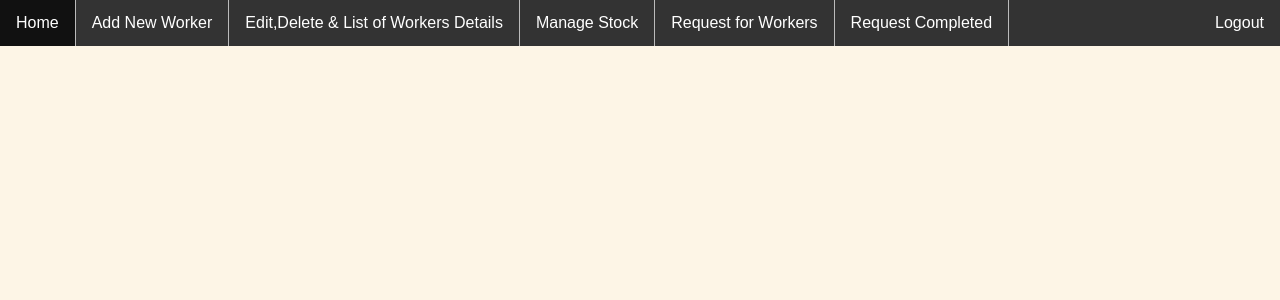
Repository: GopikaGnath/jsp
Page: job seekers/WebContent/header.html
The author's editor kept a copy of each file at every save. The page is drawn from the files as they stood at one save, then again after the next save.
The browser window is 1280 px wide. The pictures show the whole page.

Above is the page before, as saved 2023-07-17 10:53:03.

### job seekers/WebContent/header.html
<!DOCTYPE html>
<html>
<head>
 <link rel="stylesheet" href="style.css" type="text/css" media="screen">
<style>

ul {
  list-style-type: none;
  margin: 0;
  padding: 0;
  overflow: hidden;
  background-color: #333;
}

li {
  float: left;
  border-right:1px solid #bbb;
}

li:last-child {
  border-right: none;
}

li a {
  display: block;
  color: white;
  text-align: center;
  padding: 14px 16px;
  text-decoration: none;
}

li a:hover:not(.active) {
  background-color: #111;
}

.active {
  background-color: #4CAF50;
}
</style>
</head>
<body>

<ul>
  <li><a href="home.jsp">Home</a></li>
  <li><a href="addNewWorker.jsp">Add New Worker</a></li>
  <li><a href="editDeleteList.jsp">Edit,Delete & List of Workers Details</a></li>
    <li><a href="manage.jsp">Manage Stock</a></li>
  <li><a href="requestForWorkers.jsp">Request for Workers</a></li>
  <li><a href="requestCompleted.jsp">Request Completed</a></li>
  <li style="float:right"><a href="adminLogin.jsp">Logout</a></li>
</ul>

</body>
</html>

### job seekers/WebContent/style.css
body{
background-color:#FDF5E6;
}
img{
width:100%;
height:500px;
}

.logo{
width:130px;
height:90px;
}
body {
  margin: 0;
  font-family: Arial;
}

.header {
  overflow: hidden;
  background-color:#B0C4DE;
  padding: 20px 10px;
}

.header a {
  float: left;
  color: white;
  text-align: center;
  padding: 12px;
  text-decoration: none;
  font-size: 18px;
  line-height: 25px;
  border-radius: 4px;
}

.header a.logo {
  font-size: 25px;
  font-weight: bold;
}


.header a.active {
  background-color: dodgerblue;
  color: white;
}

.header-right {
  float: right;
}

@media screen and (max-width: 500px) {
  .header a {
    float: none;
    display: block;
    text-align: left;
  }
  .header-right {
    float: none;
  }
}
.slide{
background-color:red;
}


textarea
{
    border: none;
    margin-left:100px;
	background:silver;
	width:100%;
    font-size: 16px;
	padding:15px;

}
.textdiv{
	margin-left:2.5%;
	margin-right:2.5%;
	width:100%;
}

iframe{

	height:50%;
	width:90%;
}


.button {
  border-radius: 4px;
  background-color: black;
  border: solid;
  color: #FFFFFF;
  text-align: center;
  font-size: 23px;
  padding: 5px;
  width: 120px;
  transition: all 0.5s;
  cursor: pointer;
  margin: 5px;
}

.button1 {
  border-radius: 4px;
  background-color: black;
  border: solid;
  border-radius:30px;
  border-color:silver;
  color: #FFFFFF;
  text-align: center;
  font-size: 23px;
  padding: 5px;
  width: 140px;
  transition: all 0.5s;
  cursor: pointer;
  margin: 5px;
  float:right;
}

button span {
  cursor: pointer;
  display: inline-block;
  position: relative;
  transition: 0.5s;
}

button span:after ,button1 span:after {
  content: '\00bb';
  position: absolute;
  opacity: 0;
  top: 0;
  right: -20px;
  transition: 0.5s;
}

button:hover span , button1:hover span {
  padding-right: 25px;
}

button:hover span:after , button1:hover span:after {
  opacity: 1;
  right: 0;
}



.p1{
	margin-left:6%;
	margin-right:6%;
	padding:15%;
	 border-left: 6px solid silver;
	 border-right: 6px solid silver;
	  border-top: 6px solid gray;
	 border-bottom: 6px solid gray;
	margin-bottom:2px;
	 background: rgba(0, 0, 0, 0.2);

}
.p2
{
	margin-left:6%;
	margin-right:6%;
	padding:9%;
	border:solid;
	border-left: 6px solid silver;
	 border-right: 6px solid silver;
	  border-top: 6px solid gray;
	 border-bottom: 6px solid gray;
	margin-bottom:18px;
	 background: rgba(0, 0, 0, 0.2);
}


.p3{

	color:white;
	margin-left:6%;
}


.m1{
	width:140px;
}

* {
    box-sizing: border-box;
}

body {
    margin: 0;
    font-family: Arial;
}

.header {
    text-align: center;
    padding: 32px;
}

.row {
    display: -ms-flexbox; /* IE10 */
    display: flex;
    -ms-flex-wrap: wrap; /* IE10 */
    flex-wrap: wrap;
    padding: 0 4px;

}
.row1 {
    display: -ms-flexbox; /* IE10 */
    display: flex;
    -ms-flex-wrap: wrap; /* IE10 */
    flex-wrap: wrap;
    padding: 0 4px;
	background-color:black;

}


/* Create four equal columns that sits next to each other */
.column {
    -ms-flex: 25%; /* IE10 */
    flex: 25%;
    max-width: 50%;
    padding: 0 4px;
}
.column1 {
    -ms-flex: 25%; /* IE10 */
    flex: 25%;
    max-width: 100%;
    padding: 0 4px;
}


.column img {
    margin-top: 8px;
    vertical-align: middle;
	height:300px;
	padding:30px;
}

/* Responsive layout - makes a two column-layout instead of four columns */
@media screen and (max-width: 800px) {
    .column {
        -ms-flex: 50%;
        flex: 50%;
        max-width: 50%;
    }
}

/* Responsive layout - makes the two columns stack on top of each other instead of next to each other */
@media screen and (max-width: 600px) {
    .column {
        -ms-flex: 100%;
        flex: 100%;
        max-width: 100%;
    }
}
p{
padding:10px;
}

.h1d{
color:white;
margin-left:5%;
}
.h1e{
color:white;
margin-left:28%;
}

After the next save:
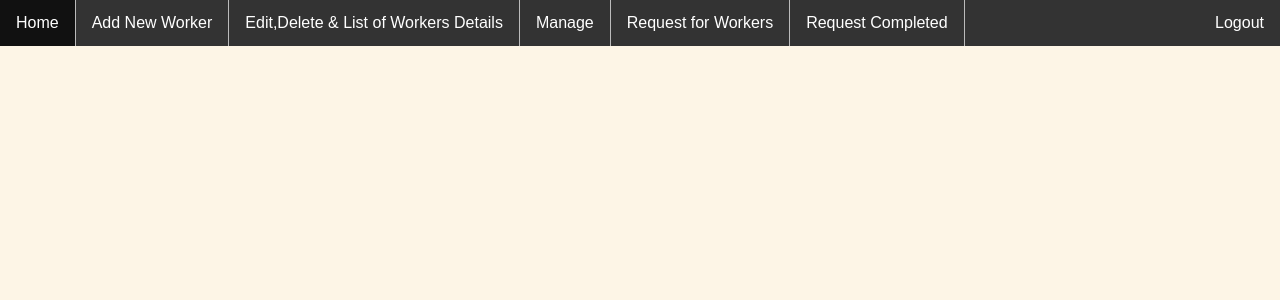
Saved 9 s later.
--- a/job seekers/WebContent/header.html
+++ b/job seekers/WebContent/header.html
@@ -44,7 +44,7 @@ li a:hover:not(.active) {
   <li><a href="home.jsp">Home</a></li>
   <li><a href="addNewWorker.jsp">Add New Worker</a></li>
   <li><a href="editDeleteList.jsp">Edit,Delete & List of Workers Details</a></li>
-    <li><a href="manage.jsp">Manage Stock</a></li>
+    <li><a href="manage.jsp">Manage </a></li>
   <li><a href="requestForWorkers.jsp">Request for Workers</a></li>
   <li><a href="requestCompleted.jsp">Request Completed</a></li>
   <li style="float:right"><a href="adminLogin.jsp">Logout</a></li>
